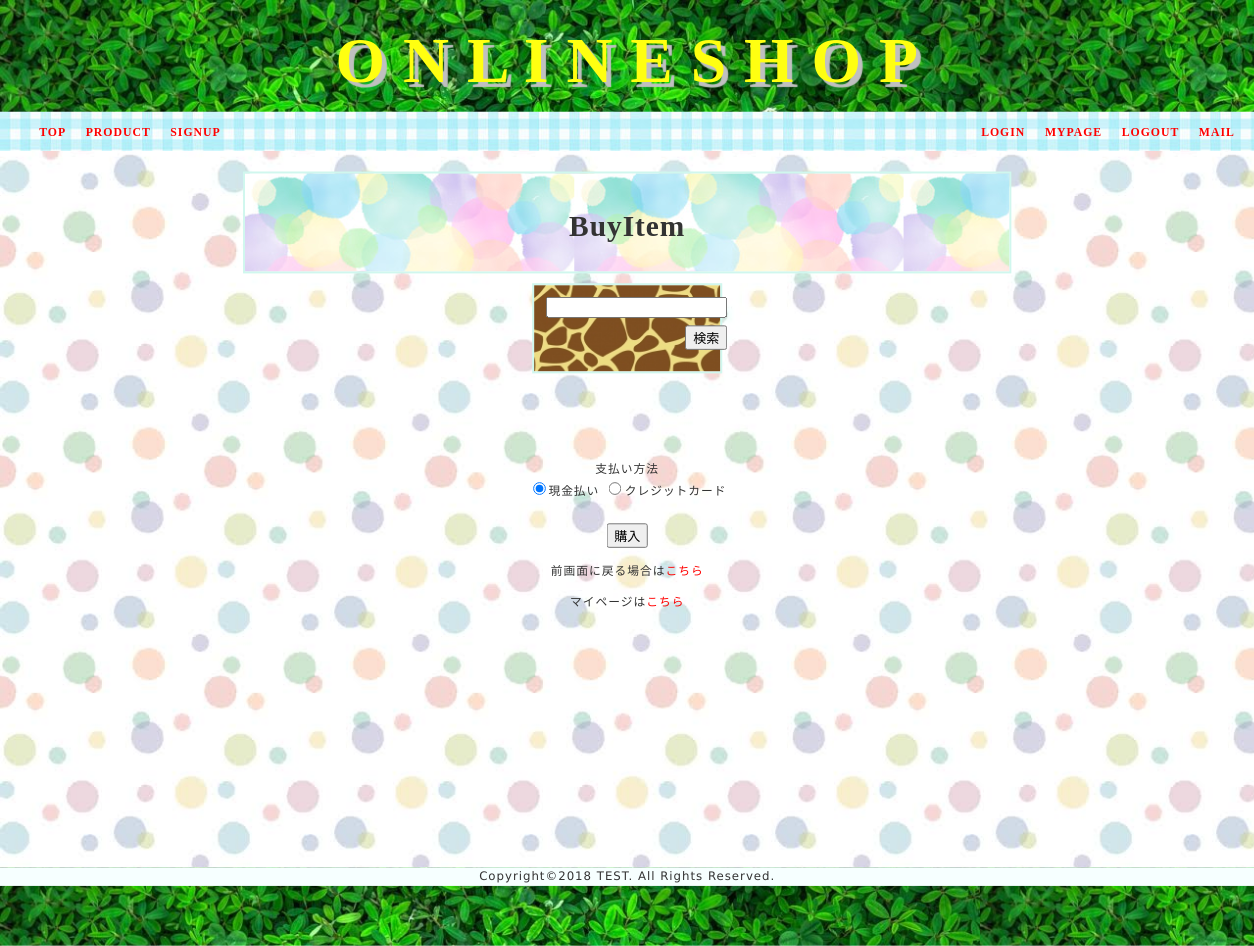
Repository: rt-1217/j2
Page: http://localhost/ecsite01/buyItem.jsp
These files come from the project's save history. The page is drawn as it stood at one moment and after the next save; the edit follows.
The browser window is 1280 px wide. The pictures show the whole page, at 98% of full size.
Backgrounds fixed to the window are drawn as part of the page. Some web fonts or font styles are not loaded; a fallback is used. The page is served by Tomcat 9. Other server files are loaded and not shown.

Above is the page before, as saved 2018-05-30 06:48:43.

### ecsite01/WebContent/buyItem.jsp
<%@ page language="java" contentType="text/html; charset=UTF-8"
    pageEncoding="UTF-8"%>
    <%@ taglib prefix="s" uri="/struts-tags" %>
<!DOCTYPE html PUBLIC "-//W3C//DTD HTML 4.01 Transitional//EN" "http://www.w3.org/TR/html4/loose.dtd">
<html>
<head>
<meta http-equiv="Content-Type" content="text/html; charset=UTF-8">
<meta http-equiv="Content-Type" content="text/html; charset=utf-8" />
<meta http-equiv="Content-Style-Type" content="text/css" />
<meta http-equiv="Content-Script-Type" content="text/javascript" />
<meta http-equiv="imagetoolbar" content="no" />
<meta name="description" content="" />
<meta name="keywords" content="" />


<!-- CSSの読み込み -->
<link rel="stylesheet" type="text/css" href="./css/basis.css">
<link rel="stylesheet" type="text/css" href="./css/table.css">

<title>BuyItem画面</title>
</head>

<body>
<s:include value="header.jsp"/>

<div id="main">
<div id="top">
<p>BuyItem</p>
</div>

<!-- 商品検索機能 -->
<div>
<div class="seach">
<s:form action="ItemSearchAction">
<tr>
<td>
<s:textfield name="searchWord" value=""/>
</td>
<td>
<s:submit value="検索"/>
</td></tr>
</s:form>
<s:if test="message !=''">
<h3><s:property value="message" escape="false"/></h3>
</s:if>
</div>

<br>
<!-- 商品テーブル -->
<table>

<s:form action="BuyItemAction">
<dl class ="dl-list">
<s:iterator value="#session.buyItemDTOList">

<dd class="dd-list">

<img class="image" style="width:230px; height:150px;" src="<s:property value='image_file_path'/>" >
<br>


<h3><s:property value="itemName"/></h3>




<span>値段：</span>

<s:property value="itemPrice" /><span>円</span>

<span>在庫：</span>


<s:if test="item_stock>0">
<s:property value="item_stock"/>
</s:if>
<s:else>
<span>品切れ</span>
</s:else>


<br>



<span>購入個数</span>
<s:if test="item_stock>0">
<select name="count">
<option value="0" selected="selected">0</option>
<option value="1">1</option>
<option value="2">2</option>
<option value="3">3</option>
<option value="4">4</option>
<option value="5">5</option>
</select>
</s:if>
<s:else>
<select name="count">
<option value="0" selected="selected">0</option>


</select></s:else>

</dd>
</s:iterator>
</dl>


<div class="clear"></div>

<div class="pay-push"></div>
<span>支払い方法</span><br>

<input type="radio" name="pay" value="1" checked="checked">現金払い
<input type="radio" name="pay" value="2" >クレジットカード

<br><br>
<s:submit value="購入"/>


</s:form>

</table>

<div>
<p>前画面に戻る場合は<a href='<s:url action="GoHomeAction" />'>こちら</a></p>
<p>マイページは<a href='<s:url action="MyPageAction" />'>こちら</a></p>
</div>




</div>

</div>




<s:include value="footer.jsp"/>









</body>
</html>

### ecsite01/WebContent/header.jsp
<%@ page language="java" contentType="text/html; charset=UTF-8"
    pageEncoding="UTF-8"%>
        <%@ taglib prefix="s" uri="/struts-tags" %>
<!DOCTYPE html PUBLIC "-//W3C//DTD HTML 4.01 Transitional//EN" "http://www.w3.org/TR/html4/loose.dtd">
<html>
<head>
<meta http-equiv="Content-Type" content="text/html; charset=UTF-8">
<meta http-equiv="Content-Style-Type" content="text/css" />
<meta http-equiv="Content-Script-Type" content="text/javascript" />
<meta http-equiv="imagetoolbar" content="no" />
<meta name="description" content="" />
<meta name="keywords" content="" />
<!-- CSSの読み込み -->
<link rel="stylesheet" type="text/css" href="./css/basis.css">
<link rel="stylesheet" type="text/css" href="./css/table.css">
<style>
@import url('https://fonts.googleapis.com/css?family=Press+Start+2P');
</style>
<link href="https://fonts.googleapis.com/css?family=Mystery+Quest" rel="stylesheet">


<title>Header</title>
</head>
<body>


<div id="header">
<div class="header-logo">O N L I N E   S H O P </div>

<div class="top-menu">

<div class="left-list">
<ul class="top-li">
<li><a href='<s:url action="GoHomeAction"/>'>TOP</a></li>
<li><a href='<s:url action="ProductPageAction"/>'>PRODUCT</a></li>
<li><a href='<s:url action="UserCreateAction"/>'>SIGNUP</a></li>
</ul>
</div>

<div class="right-list">
<ul>
<li><a href='<s:url action="GoLoginAction"/>'>LOGIN</a></li>
<li><a href='<s:url action="MyPageAction"/>'>MYPAGE</a></li>
<li><a href='<s:url action="LogoutAction"/>'>LOGOUT</a></li>
<li><a href='<s:url action="InquiryAction"/>'>MAIL</a></li>
</ul>

</div>




</div>

</div>
</body>
</html>

### ecsite01/WebContent/footer.jsp
<%@ page language="java" contentType="text/html; charset=UTF-8"
    pageEncoding="UTF-8"%>
        <%@ taglib prefix="s" uri="/struts-tags" %>
<!DOCTYPE html PUBLIC "-//W3C//DTD HTML 4.01 Transitional//EN" "http://www.w3.org/TR/html4/loose.dtd">
<html>
<head>
<meta http-equiv="Content-Type" content="text/html; charset=UTF-8">
<meta http-equiv="Content-Style-Type" content="text/css" />
<meta http-equiv="Content-Script-Type" content="text/javascript" />
<meta http-equiv="imagetoolbar" content="no" />
<meta name="description" content="" />
<meta name="keywords" content="" />
<!-- CSSの読み込み -->
<link rel="stylesheet" type="text/css" href="./css/basis.css">
<link rel="stylesheet" type="text/css" href="./css/table.css">
<style>
@import url('https://fonts.googleapis.com/css?family=Press+Start+2P');
</style>
<link href="https://fonts.googleapis.com/css?family=Mystery+Quest" rel="stylesheet">
<title>Insert title here</title>
</head>
<body>




<div id="footer">
<div class="fotter-message">
Copyright©2018 TEST. All Rights Reserved.

</div>

</div>

</body>
</html>

### ecsite01/WebContent/css/basis.css
@CHARSET "UTF-8";

/* ========TAG LAYOUT======== */
body {
margin:0;
padding:0;
line-height:1.6;
letter-spacing:1px;
font-family:Verdana, Helvetica, sans-serif;
font-size:12px;
color:#333;
background:#fff;
background-image:url("../image/tama.jpg");
background-attachment: fixed;
/* background-size:contain; */
/* background-repeat: no-repeat; */


}
table {
text-align:center;
margin:0 auto;
}


/* ========ID LAYOUT======== */
#top {
width:780px;
height:100px;
margin:10px auto;
border:2px solid #d0f7ee;
background-image:url("../image/pastel2.jpg");
font-family: 'Mystery Quest', cursive;
font-size:30px;
font-weight: bold;

}


/*リスト関係*/

ul{
	list-style:none;
}

li {
	font-family: 'Mystery Quest', cursive;
	float:left;
	margin-right:20px;
	font-weight: bolder;
}

/*---------------------------------------------------------------------------------------*/
/*リンク関係*/

/*色の指定*/
a:link { color: #ff0000; }
a:visited { color: #333; }
a:hover { color: #00ff00; background-color:rgba(230,200,193,0.5)}
a:active { color: #00ffff; }


/*リンクの下線を消す*/
a{
	text-decoration: none;
}

input#submit_button {
    padding: 15px 40px;
    font-size: 7em;
}




/*--------------------------------------------------------------------------*/
/*ヘッダー*/
#header {
width: 100%;
height: 100px;
top:0;
left:0;
/* position: fixed; */
margin-bottom:50px;
padding-bottom:15px;
/* background-color: black; */
background-image:url("../image/green.jpg");
}

/*サイトロゴ*/
.header-logo{
/* 	font-family: 'Press Start 2P', cursive; */
font-family: 'Mystery Quest', cursive;
	margin-bottm:20px;
	text-align:center;
	font-size:65px;
	padding-top:10px;
	color:#ffff11;
	font-weight:900;
	text-shadow: 5px 5px 1px #c0c0c0;
}

/*上部メニューリスト*/
.top-menu{
	height:40px;
	background-image:url("../image/mizuiro.jpg");
	width:auto;

}
.left-list{
	float:left;
}

.right-list{
	float:right;
}





/*--------------------------------------------------------------------------*/

#main {
width: 100%;
height: auto;
text-align: center;
display: flex;
  flex-direction: column;
  min-height: 100vh;
}


/*--------------------------------------------------------------------------*/
/*フッター*/

#footer {
width: 100%;
height: 80px;
background-color: black;
clear:both;
background-image:url("../image/green.jpg");
margin-top: auto;
position; absolute;
bottom:0;
}

.fotter-message{
	text-align:center;
	background:rgba(246, 255, 255, 1);
}


/*--------------------------------------------------------------------------*/
/*検索*/
.seach{
	background-image:url("../image/kirin.jpg");
border:2px solid #d0f7ee;
width:180px;
margin:0 auto;
padding:5px;

}




/*--------------------------------------------------------------------------*/


.red{
	color:red;
}
/*floatの解除*/
.clear{
	clear:both;
}

.pay-push{
	margin-top:70px;
}

### ecsite01/WebContent/css/table.css
@CHARSET "UTF-8";

.item-table{
	text-align:center;

}


.dl-list{
	margin:0px;
	padding:0px;
/* 	width:100%; */
}

.dd-list{
	width:31%;
	display:inline-block;
	background-image:url("../image/kicheck.jpg");
	background-color: rgba(226, 255, 225, 0.2);
 	font-size: 12px;
 	float:left;
	margin:0;
	padding:15px 0px;
	margin-left:2%;
	margin-bottom:20px;
}
.dd-list:last-child {
	margin-right: 0;
}

.button{
	margin:0 auto;
	text-align:center;
	width:100px;
	height:100px;
	 position: relative;
    display: inline-block;
    padding: 0.25em 0.5em;
    text-decoration: none;
    color: #FFF;
    background: #fd9535;/*色*/
    border-radius: 4px;/*角の丸み*/
    box-shadow: inset 0 2px 0 rgba(255,255,255,0.2), inset 0 -2px 0 rgba(0, 0, 0, 0.05);
    font-weight: bold;
    border: solid 2px #d27d00;/*線色*/

}

After the next save:
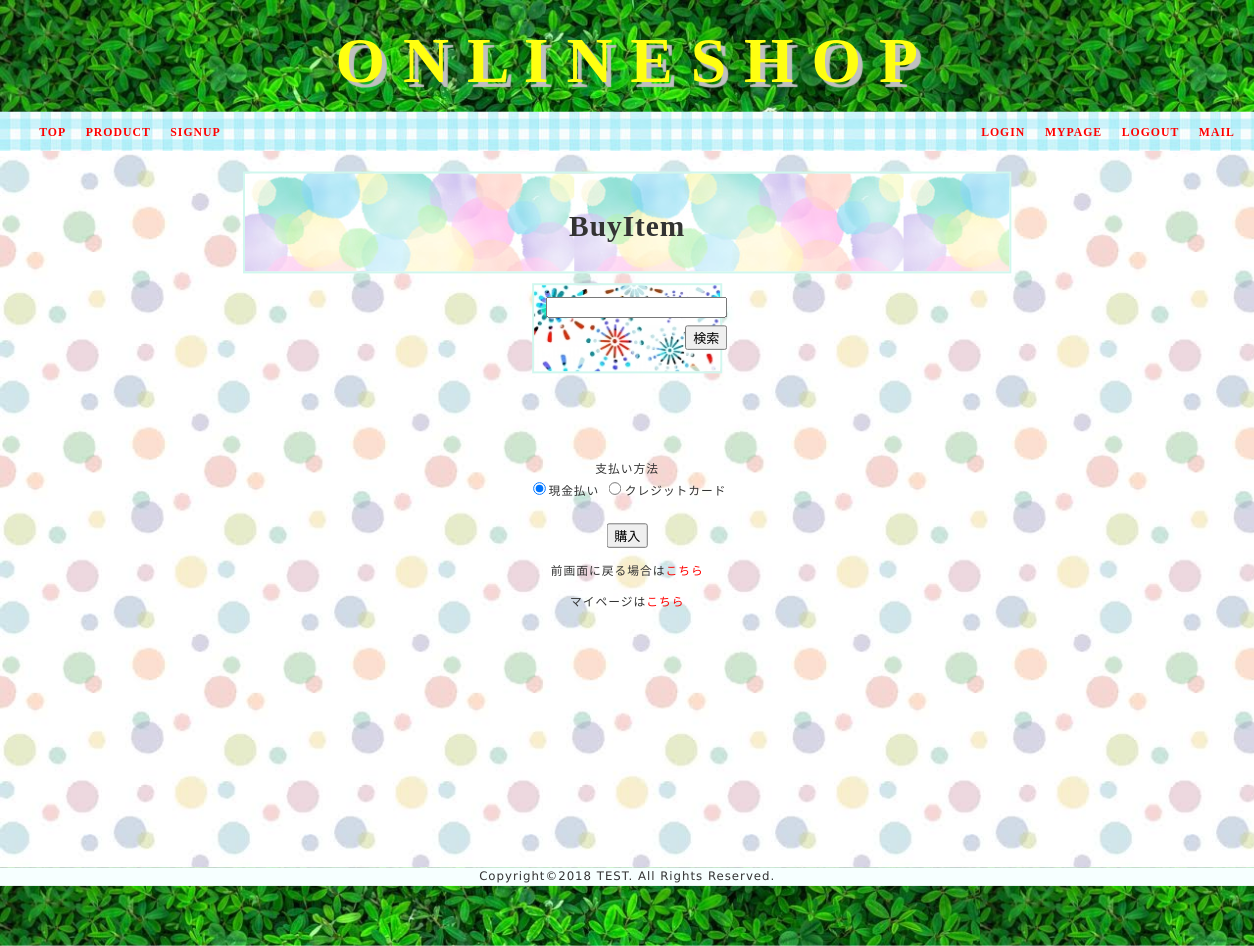
Saved 39 s later.
--- a/ecsite01/WebContent/css/basis.css
+++ b/ecsite01/WebContent/css/basis.css
@@ -154,7 +154,7 @@ bottom:0;
 /*--------------------------------------------------------------------------*/
 /*検索*/
 .seach{
-	background-image:url("../image/kirin.jpg");
+	background-image:url("../image/hanabi1.jpg");
 border:2px solid #d0f7ee;
 width:180px;
 margin:0 auto;
